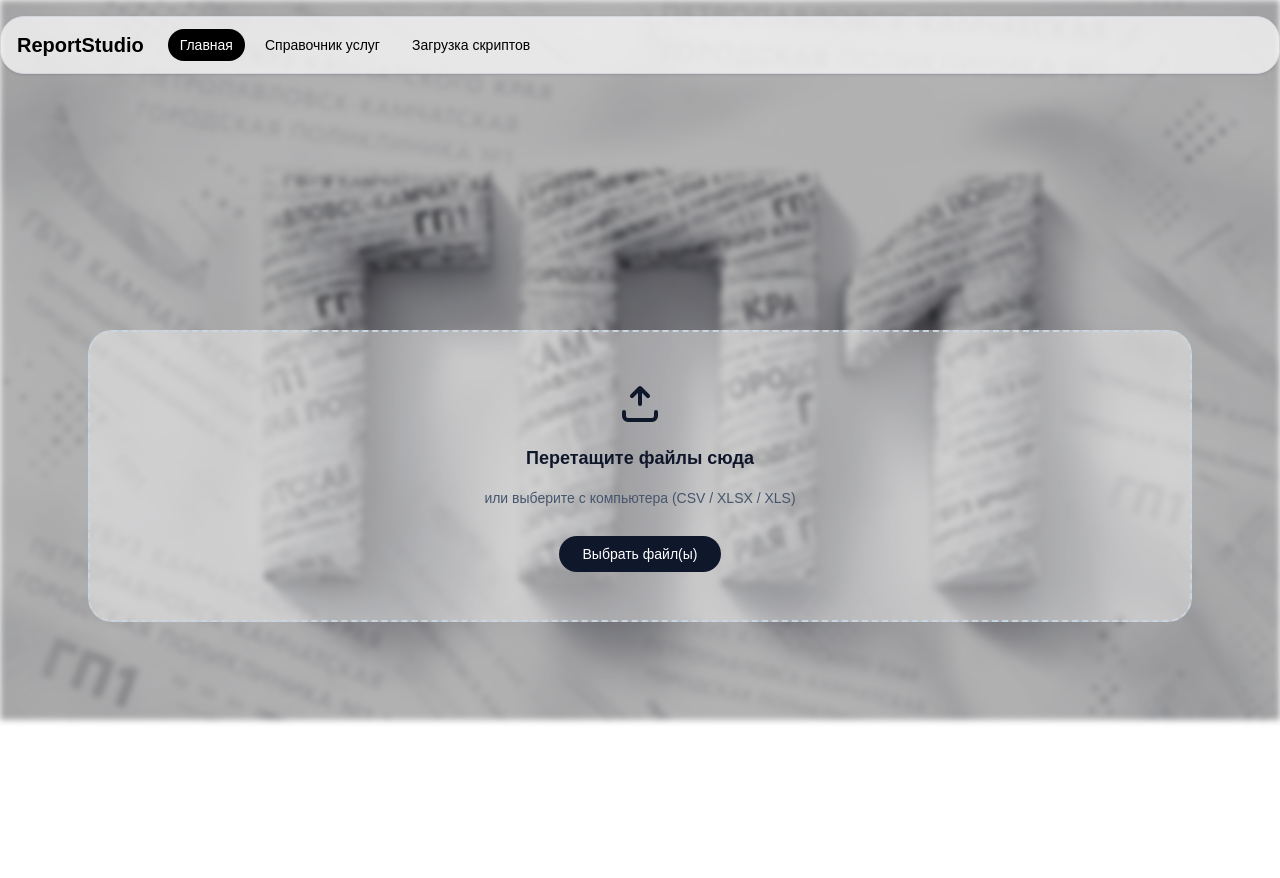
Repository: vladzap2423/report_studio_v2
Page: /
The author's editor kept a copy of each file at every save. The page is drawn from the files as they stood at one save, then again after the next save.
The browser window is 1280 px wide. The pictures show the whole page.
The project was rebuilt for these pictures with package versions that can differ from the ones it lists, and the page was loaded fresh each time. The framework's server and built-in components were replaced by stand-ins that run in the browser. Also part of the build but not shown: next.config.ts, src/app/components/ScriptsList.tsx.

Above is the page before, as saved 2026-03-17 15:44:49.

After the next save:
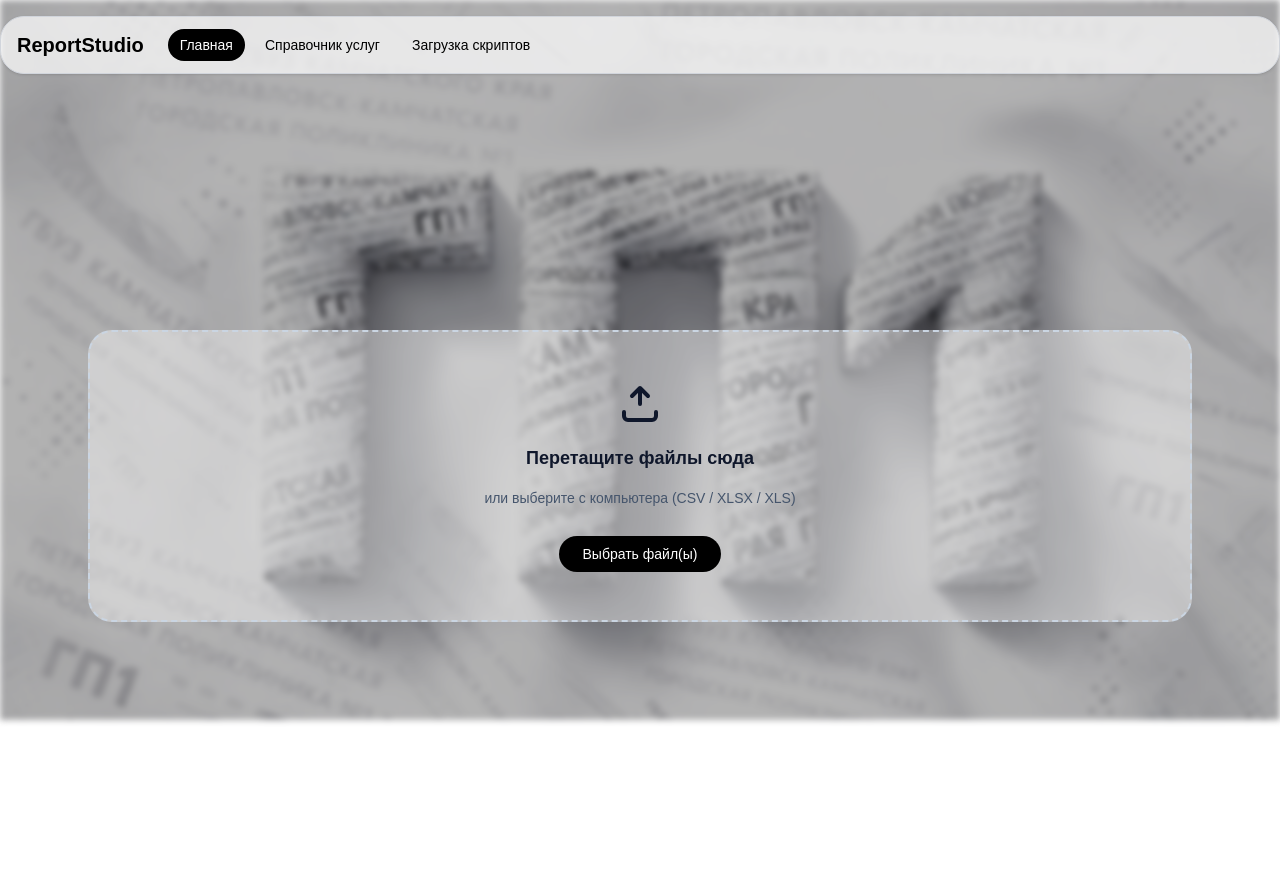
Saved 66 s later.
--- a/src/app/components/DropZone.tsx
+++ b/src/app/components/DropZone.tsx
@@ -69,7 +69,7 @@
         <button
           type="button"
           onClick={onPickClick}
-          className="mt-3 rounded-full bg-slate-900 px-6 py-2 text-white text-sm font-medium hover:bg-slate-800 active:bg-slate-900"
+          className="mt-3 rounded-full bg-black px-6 py-2 text-white text-sm font-medium hover:bg-slate-800 active:bg-slate-900"
         >
           Выбрать файл(ы)
         </button>

After the save that followed:
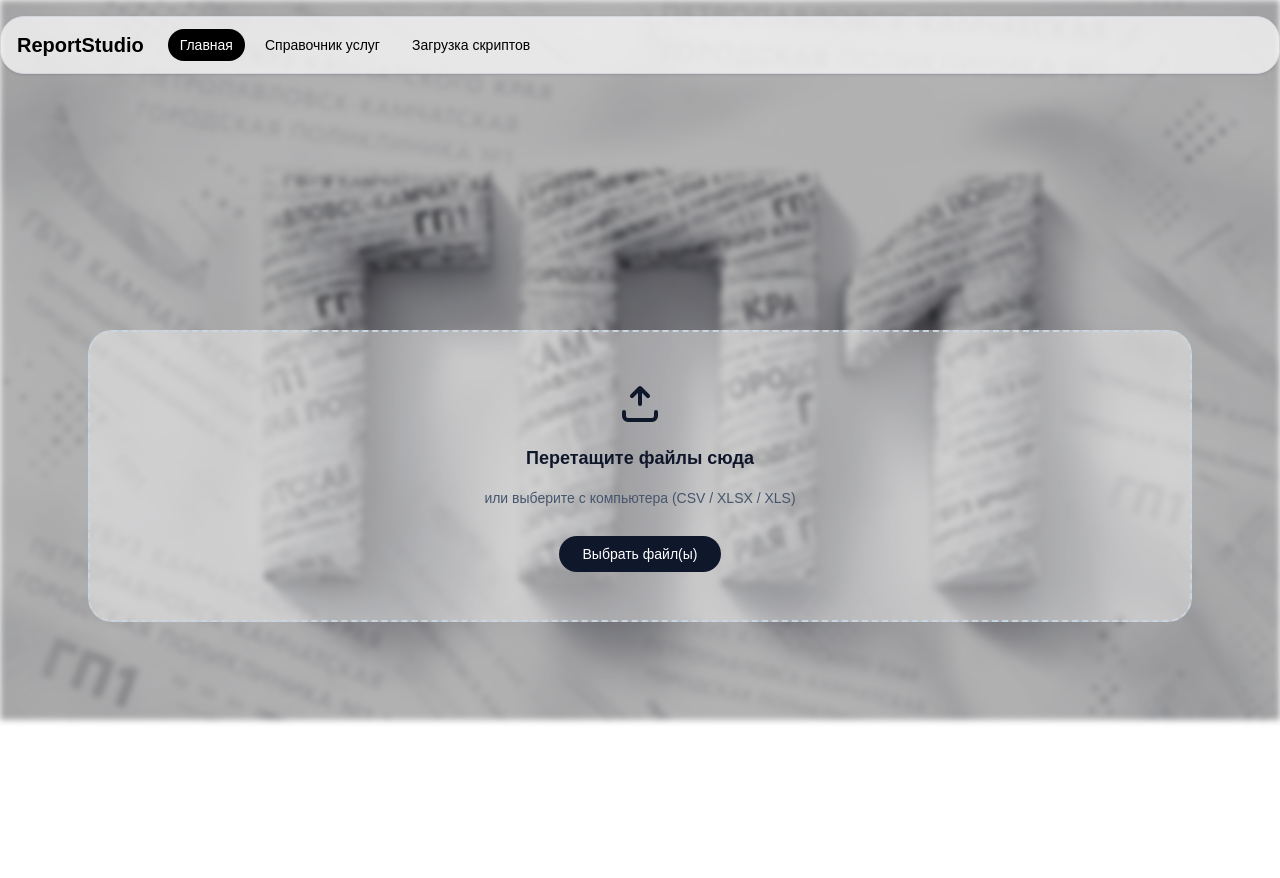
Saved 21 s later.
--- a/src/app/components/DropZone.tsx
+++ b/src/app/components/DropZone.tsx
@@ -69,7 +69,7 @@
         <button
           type="button"
           onClick={onPickClick}
-          className="mt-3 rounded-full bg-black px-6 py-2 text-white text-sm font-medium hover:bg-slate-800 active:bg-slate-900"
+          className="mt-3 rounded-full bg-slate-900 px-6 py-2 text-white text-sm font-medium hover:bg-slate-800 active:bg-slate-900"
         >
           Выбрать файл(ы)
         </button>
